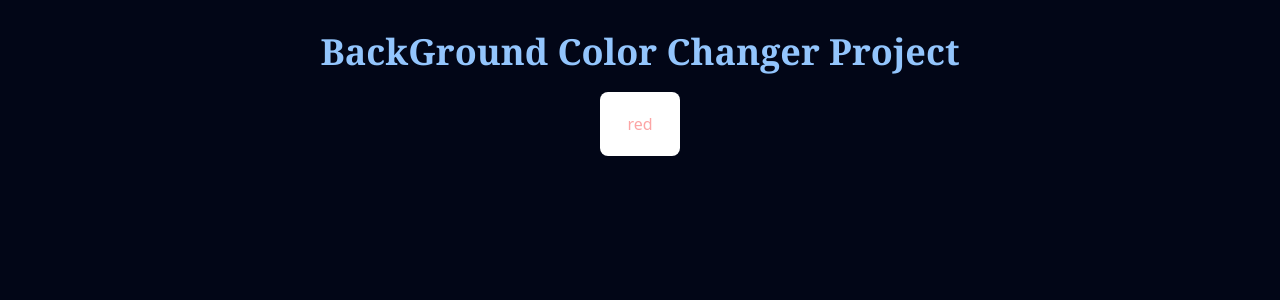
Repository: ChaitanyMishra/react-daily-work
Page: / (app in day-04-react/bg_color_changer/)
The author's editor kept a copy of each file at every save. The page is drawn from the files as they stood at one save, then again after a run of saves.
The browser window is 1280 px wide. The pictures show the whole page.
The project was rebuilt for these pictures with package versions that can differ from the ones it lists, and the page was loaded fresh each time. Also part of the build but not shown: day-04-react/bg_color_changer/vite.config.js.

Above is the page before, as saved 2025-06-20 16:47:29.

### day-04-react/bg_color_changer/src/index.css
@tailwind base;
@tailwind components;
@tailwind utilities;
body{
  @apply bg-slate-950
}

### day-04-react/bg_color_changer/src/App.jsx
import {useState } from 'react'
import ChangeBgColor from './backGrounColorChanger/bgChange'
import  ColorChangeButton from './backGrounColorChanger/buttonComponent'
import './App.css'

function App() {
  const [colorState , changeColor] = useState("olvie")

  return (
    <>
    <h1 className='text-4xl font-serif font-bold text-blue-300 '>BackGround Color Changer Project</h1>
     <button className="bg-white text-red-300 m-5 p-5 rounded-lg w-[5rem]  ">red</button>
    <ColorChangeButton />
    </>
  )
}

export default App

### day-04-react/bg_color_changer/src/backGrounColorChanger/bgChange.jsx
export default function ChangeBgColor(){



}

### day-04-react/bg_color_changer/src/backGrounColorChanger/buttonComponent.jsx
export default function ColorChangeButton(){
    <button className="bg-white text-red-300">red</button>
}

Loaded but not shown: day-04-react/bg_color_changer/index.html (common file); day-04-react/bg_color_changer/src/main.jsx (common file); day-04-react/bg_color_changer/src/App.css (common file); day-04-react/bg_color_changer/tailwind.config.js (common file)

After the next 2 saves:
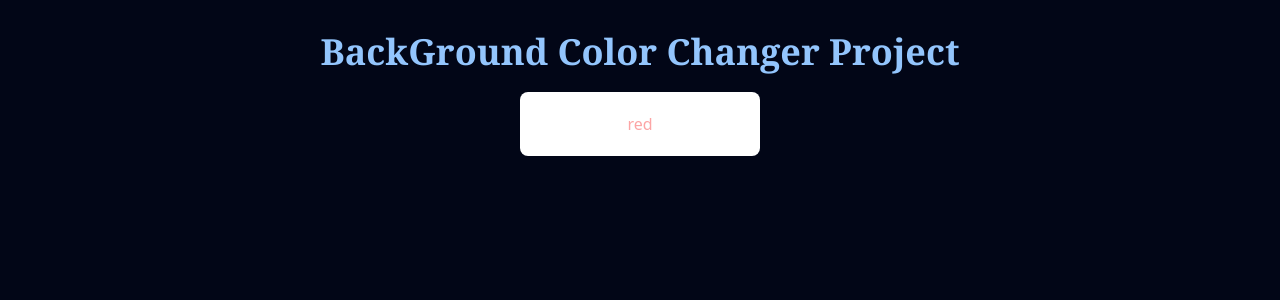
The 2 saves are shown as one change because they came seconds apart.
The last was saved 19 s later.
--- a/day-04-react/bg_color_changer/src/App.jsx
+++ b/day-04-react/bg_color_changer/src/App.jsx
@@ -9,7 +9,7 @@ function App() {
   return (
     <>
     <h1 className='text-4xl font-serif font-bold text-blue-300 '>BackGround Color Changer Project</h1>
-     <button className="bg-white text-red-300 m-5 p-5 rounded-lg w-[5rem]  ">red</button>
+     <button className="bg-white text-red-300 m-5 p-5 rounded-lg w-[15rem]  ">red</button>
     <ColorChangeButton />
     </>
   )
